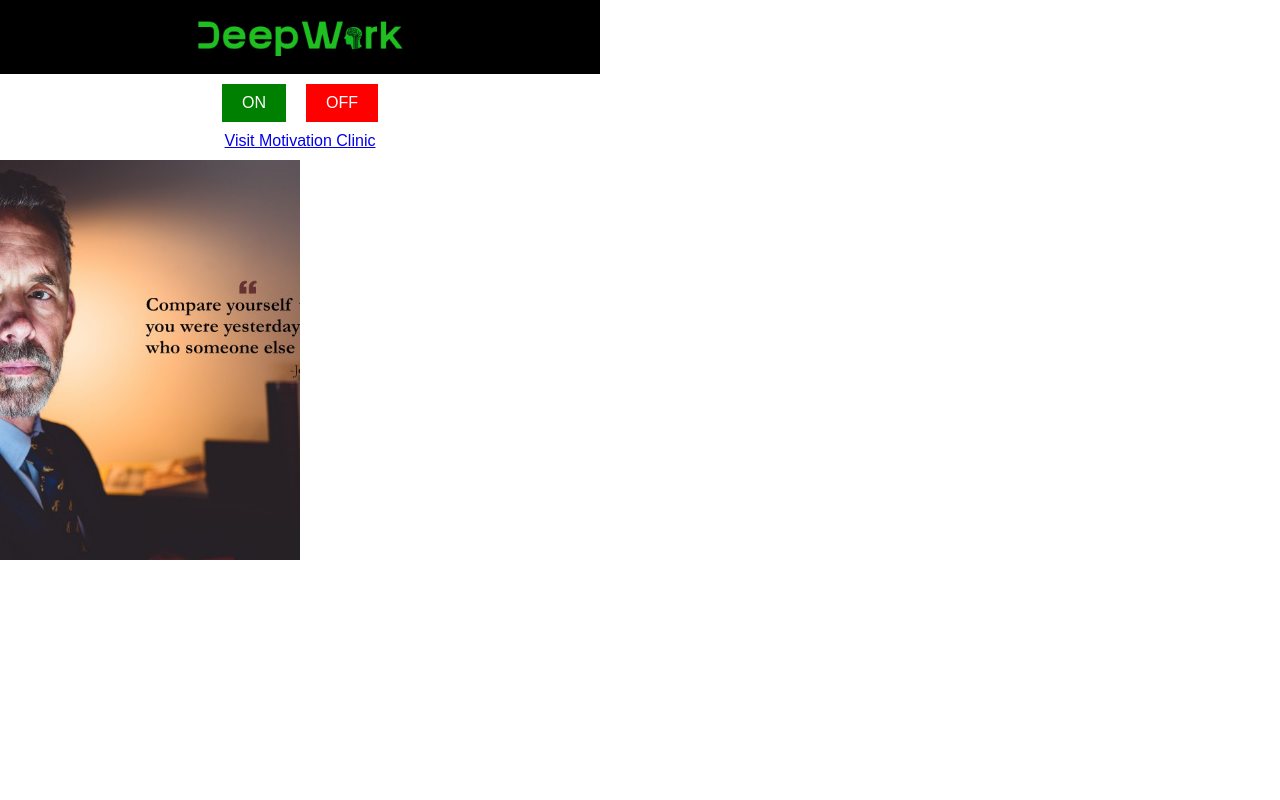
Repository: fechinmitchell/MFM
Page: blocked.html
An editor plug-in stored every save of this project. The page is shown before and after the next save, followed by the edit.
The browser window is 1280 px wide. The pictures show the whole page.

Above is the page before, as saved 2023-07-12 20:08:22.

After the next save:
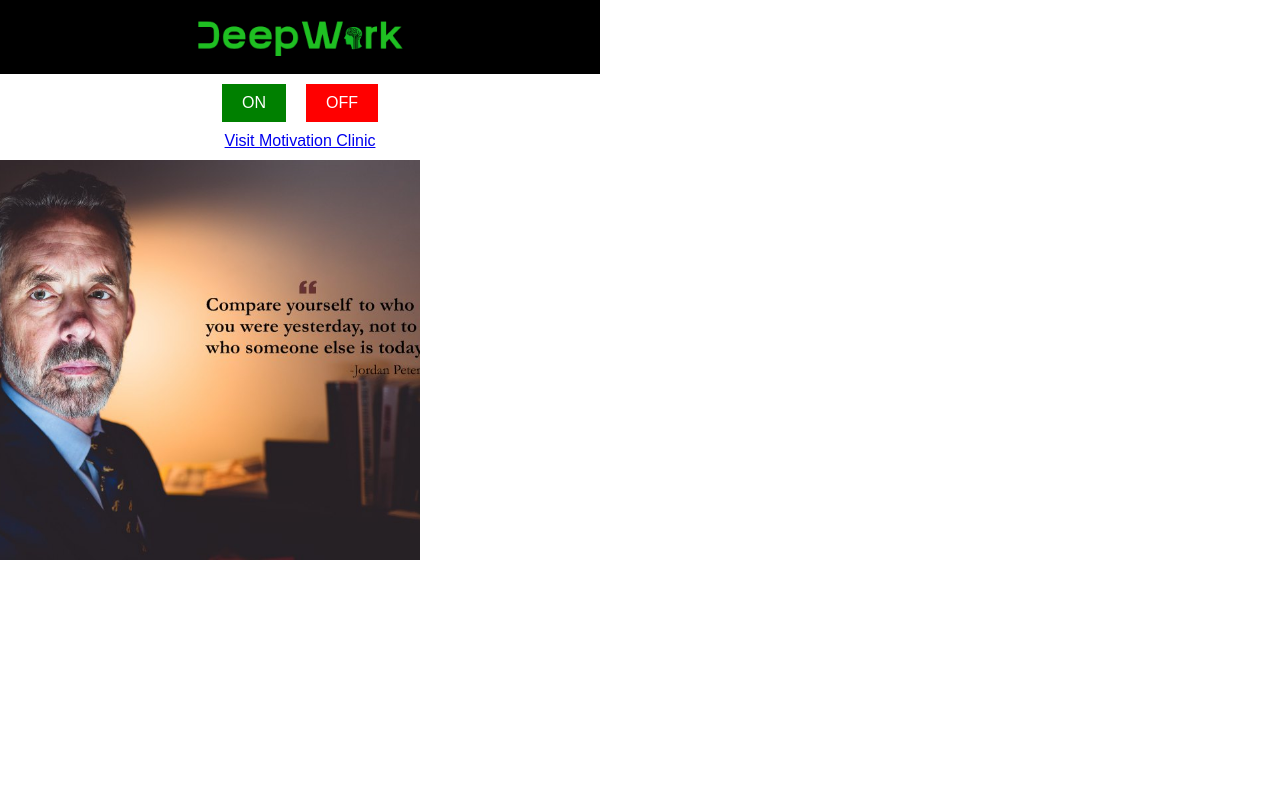
Saved 11 s later.
--- a/blocked.html
+++ b/blocked.html
@@ -51,6 +51,6 @@
     <button class="off-button">OFF</button>
   </div>
   <a class="link" href="https://motivationclinic.com" target="_blank">Visit Motivation Clinic</a>
-  <img src="images/blocked.jpeg" style="width:50%;height:calc(70% - 160px);object-fit:cover;">
+  <img src="images/blocked.jpeg" style="width:70%;height:calc(70% - 160px);object-fit:cover;">
 </body>
 </html>
